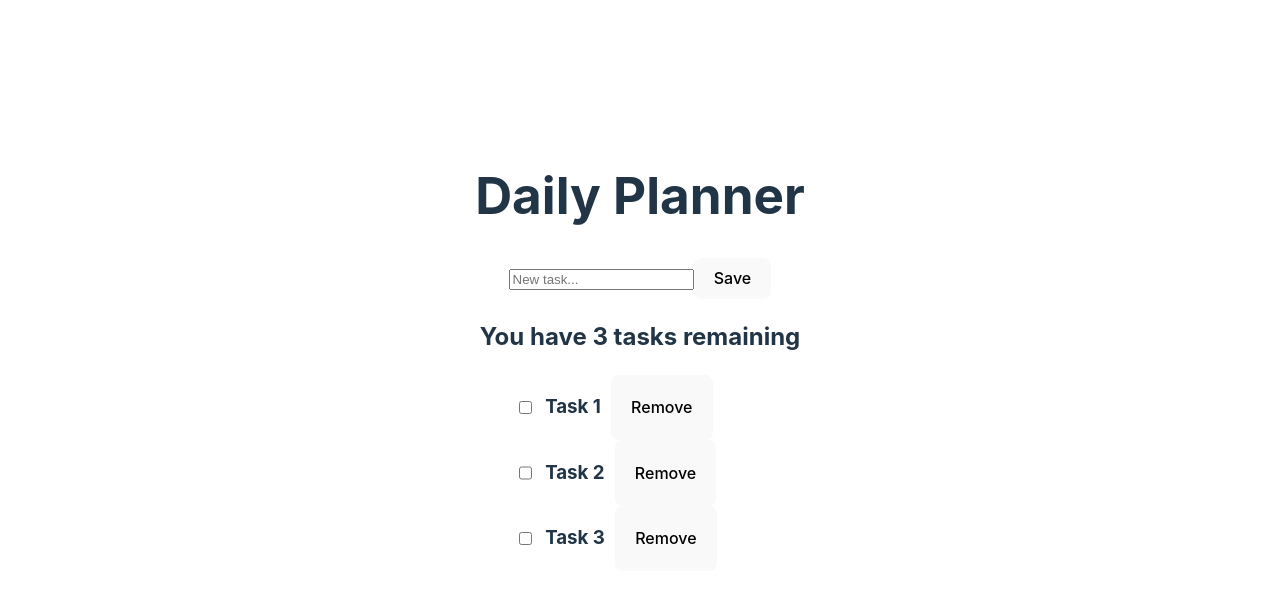
Repository: Vanessahyc/COMP3170_Week6_Lab4
Page: /
An editor plug-in stored every save of this project. The page is shown before and after the next save, followed by the edit.
The browser window is 1280 px wide. The pictures show the whole page.
The project was rebuilt for these pictures with package versions that can differ from the ones it lists, and the page was loaded fresh each time. Also part of the build but not shown: vite.config.js.

Above is the page before, as saved 2024-10-20 00:06:04.

### src/App.jsx
import { useState } from 'react';
// import reactLogo from './assets/react.svg'
// import viteLogo from '/vite.svg'
import './App.css';
import TaskList from './components/TaskList';
import { initialTasksList } from './data/initialTasksList';


function App() {
  const [preTaskList, setPreTaskList] = useState(initialTasksList);

  const [newTask, setNewTask] = useState('');

  const handleInputChange = (e) => {setNewTask(e.target.value);};

  const handleSave = (e) => {
    e.preventDefault();
    if (newTask.trim()) {
      const newTaskDefault = {id: preTaskList.length ? preTaskList[preTaskList.length - 1].id + 1 : 1, task: newTask, completed: false};
      setPreTaskList([...preTaskList, newTaskDefault]);
      setNewTask('');
    }
  };

  const handleRemove = (taskId) => {
    setPreTaskList(prevTasksStatus => prevTasksStatus.filter(task => task.id !== taskId));
  };

  const handleToggleCheckbox = (taskId) => {
    setPreTaskList(prevTasksStatus => prevTasksStatus.map(task => task.id === taskId ? { ...task, completed: !task.completed } : task ));
  };

  return (
    <>
      <header>
        <h1>Daily Planner</h1>
      </header>
      <form onSubmit={handleSave}>
        <input type='text' className='input_box' placeholder='New task...' value={newTask} onChange={handleInputChange}/>
        <button type='submit' className='save_btn'>Save</button>
      </form>
      <TaskList taskRemain={preTaskList} onRemove={handleRemove} onToggle={handleToggleCheckbox} />
    </>
  )
}

export default App

### src/App.css
#root {
  max-width: 1280px;
  margin: 0 auto;
  padding: 2rem;
  text-align: center;
}

.logo {
  height: 6em;
  padding: 1.5em;
  will-change: filter;
  transition: filter 300ms;
}
.logo:hover {
  filter: drop-shadow(0 0 2em #646cffaa);
}
.logo.react:hover {
  filter: drop-shadow(0 0 2em #61dafbaa);
}

@keyframes logo-spin {
  from {
    transform: rotate(0deg);
  }
  to {
    transform: rotate(360deg);
  }
}

@media (prefers-reduced-motion: no-preference) {
  a:nth-of-type(2) .logo {
    animation: logo-spin infinite 20s linear;
  }
}

.card {
  padding: 2em;
}

.read-the-docs {
  color: #888;
}

.task {
  list-style: none;
  display: flex;
  gap: 10px;
}

### src/components/TaskList.jsx
// export default function TaskList({taskRemain, onRemove, onToggle}) {
//     const tasksNum = taskRemain.filter(task => !task.completed).length;
//     const taskList = taskRemain.map((tasksItem) => (
//         <li key={tasksItem.id} className="task">
//             <input type="checkbox" checked={tasksItem.completed} onChange={() => onToggle(tasksItem.id)}/>
//             <p className={`task-topic ${tasksItem.completed ? 'checked' : ''}`}>{tasksItem.task}</p>
//             <button onClick={() => onRemove(tasksItem.id)}>Remove</button>
//         </li>
//     ));


//     return(
//         <>
//           <h2>You have {tasksNum} tasks remaining</h2>
//           <ul>
//             {taskList}
//           </ul>
//         </>
//     );
// }

export default function TaskList({ taskRemain, onRemove, onToggle }) {
  // Calculate remaining tasks that are not completed
  const tasksNum = taskRemain.filter(task => !task.completed).length;

  // Create the list of tasks to display
  const taskList = taskRemain.map((tasksItem) => (
    <li key={tasksItem.id} className="task">
      <input type="checkbox" checked={tasksItem.completed} onChange={() => onToggle(tasksItem.id)} />
      <h3 className={`task-topic ${tasksItem.completed ? 'checked' : ''}`}>{tasksItem.task}</h3>
      <button onClick={() => onRemove(tasksItem.id)}>Remove</button>
    </li>
  ));

  return (
    <>
      <h2>You have {tasksNum} tasks remaining</h2>
      <ul className="tasklist_container">
        {taskList}
      </ul>
    </>
  );
}

### src/data/initialTasksList.js
export const initialTasksList = [
    {
      id: 1,
      task: 'Task 1',
      completed: false
    },
    {
      id: 2,
      task: 'Task 2',
      completed: false
    },
    { id: 3,
      task: 'Task 3',
      completed: false
    }
  ];

Loaded but not shown: index.html (common file); src/main.jsx (common file); src/index.css (common file)

After the next save:
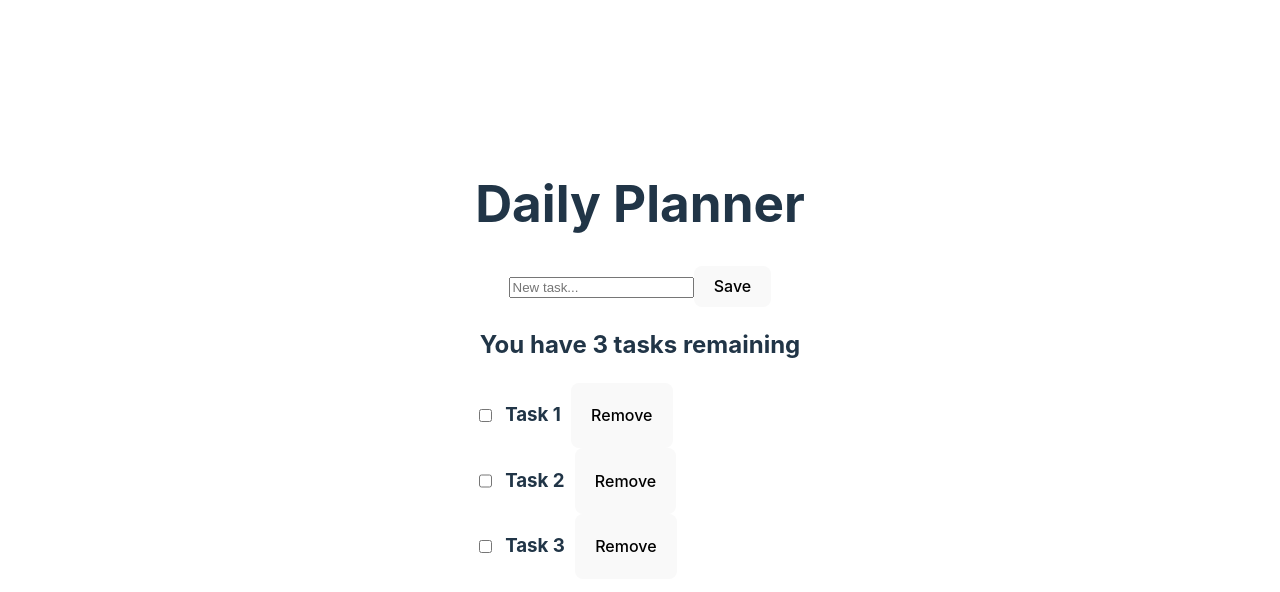
Saved 92 s later.
--- a/src/components/TaskList.jsx
+++ b/src/components/TaskList.jsx
@@ -35,9 +35,9 @@ export default function TaskList({ taskRemain, onRemove, onToggle }) {
   return (
     <>
       <h2>You have {tasksNum} tasks remaining</h2>
-      <ul className="tasklist_container">
+      <div className="tasklist_container">
         {taskList}
-      </ul>
+      </div>
     </>
   );
 }
